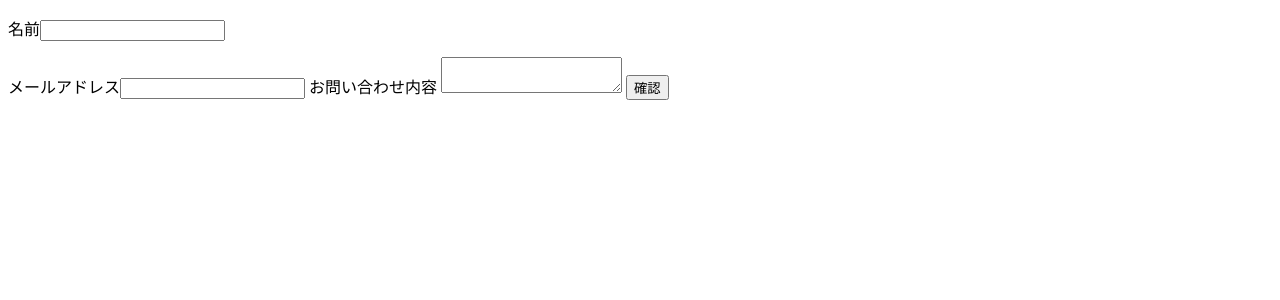
Repository: daytime/php_5days_challenge
Page: http://localhost/form.php
The author's editor kept a copy of each file at every save. The page is drawn from the files as they stood at one save, then again after the next save.
The browser window is 1280 px wide. The pictures show the whole page.
The page is run by PHP 8.4 with error messages shown; the project is at /var/www/html/.

Above is the page before, as saved 2025-02-06 12:33:03.

After the next save:
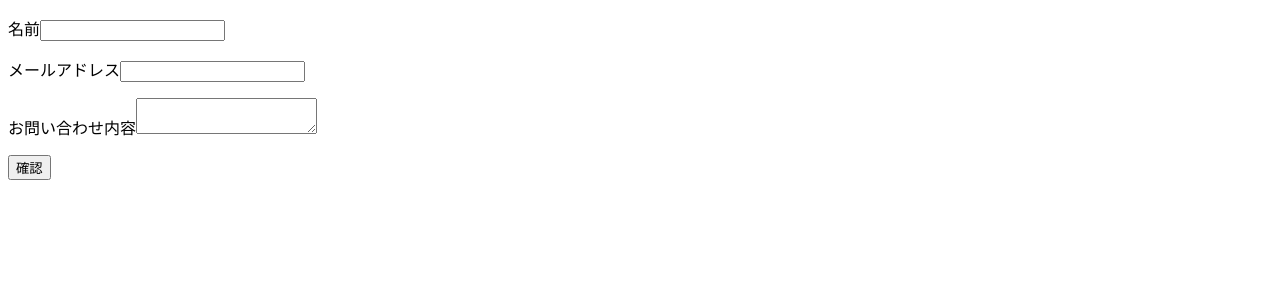
Saved 2 min 16 s later.
--- a/form.php
+++ b/form.php
@@ -9,9 +9,8 @@
     <main>
         <form name="form1" method="post" action="confirm.php">
             <p><label>名前<input type="text" name="name" id="name" required></label></p>
-            <label for="email">メールアドレス<input type="text" name="email" id="email" required></label>
-            <label for="message">お問い合わせ内容</label>
-            <textarea name="message" id="message" required></textarea>
+            <p><label>メールアドレス<input type="text" name="email" id="email" required></label></p>
+            <p><label>お問い合わせ内容<textarea name="contact" id="message" required></textarea></label></p>
             <button type="submit">確認</button>
     </main>
 
